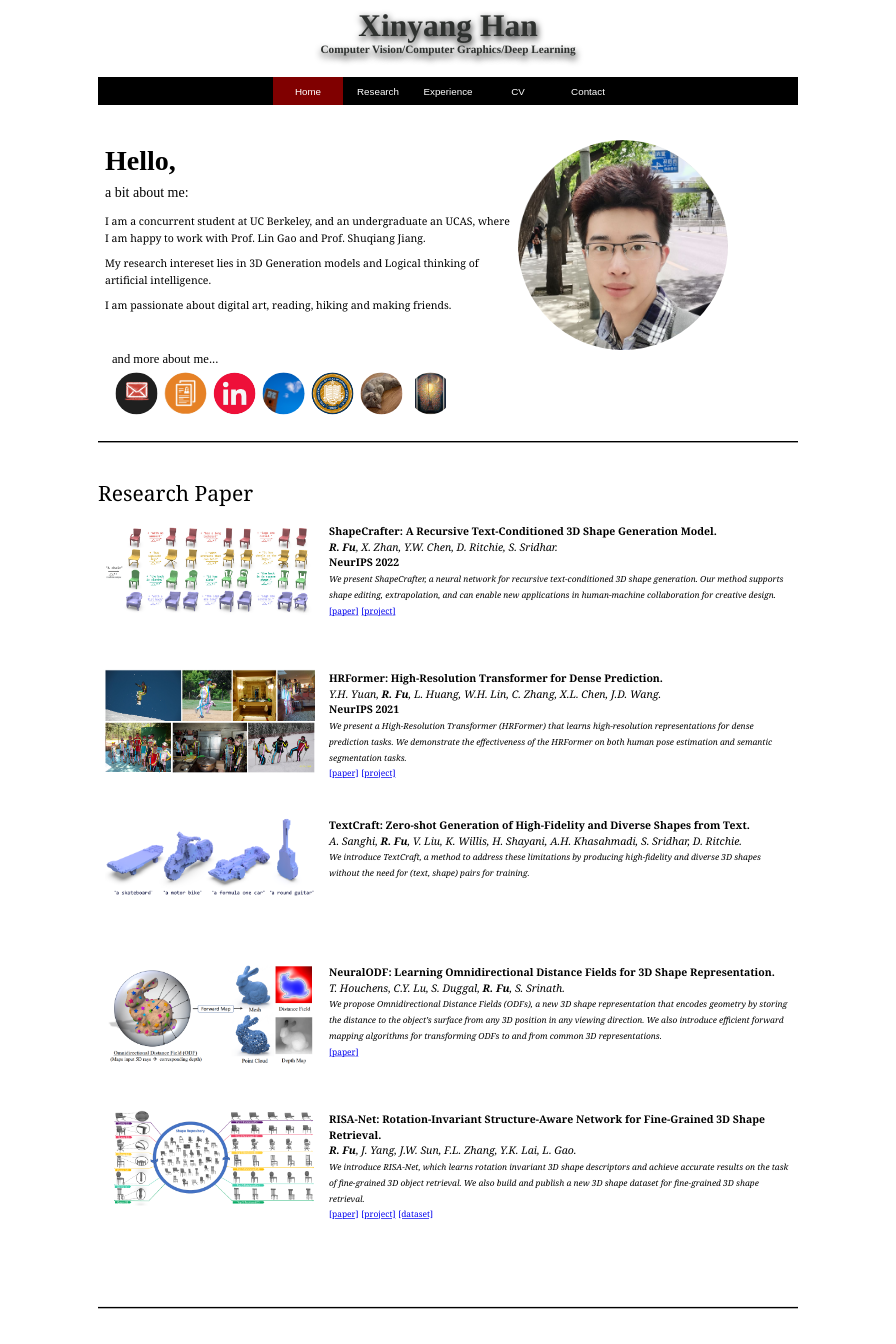
Repository: XinyangHan/XinyangHan.github.io
Page: index.html
The author's editor kept a copy of each file at every save. The page is drawn from the files as they stood at one save, then again after the next save.
The browser window is 1280 px wide. The pictures show the part of the page from y = 0 to 1920 px (the page is 4103 px tall), at 70% of full size.

Above is the page before, as saved 2023-02-11 14:07:53.
Console error (its wording comes from the project's code and is left out).

After the next save:
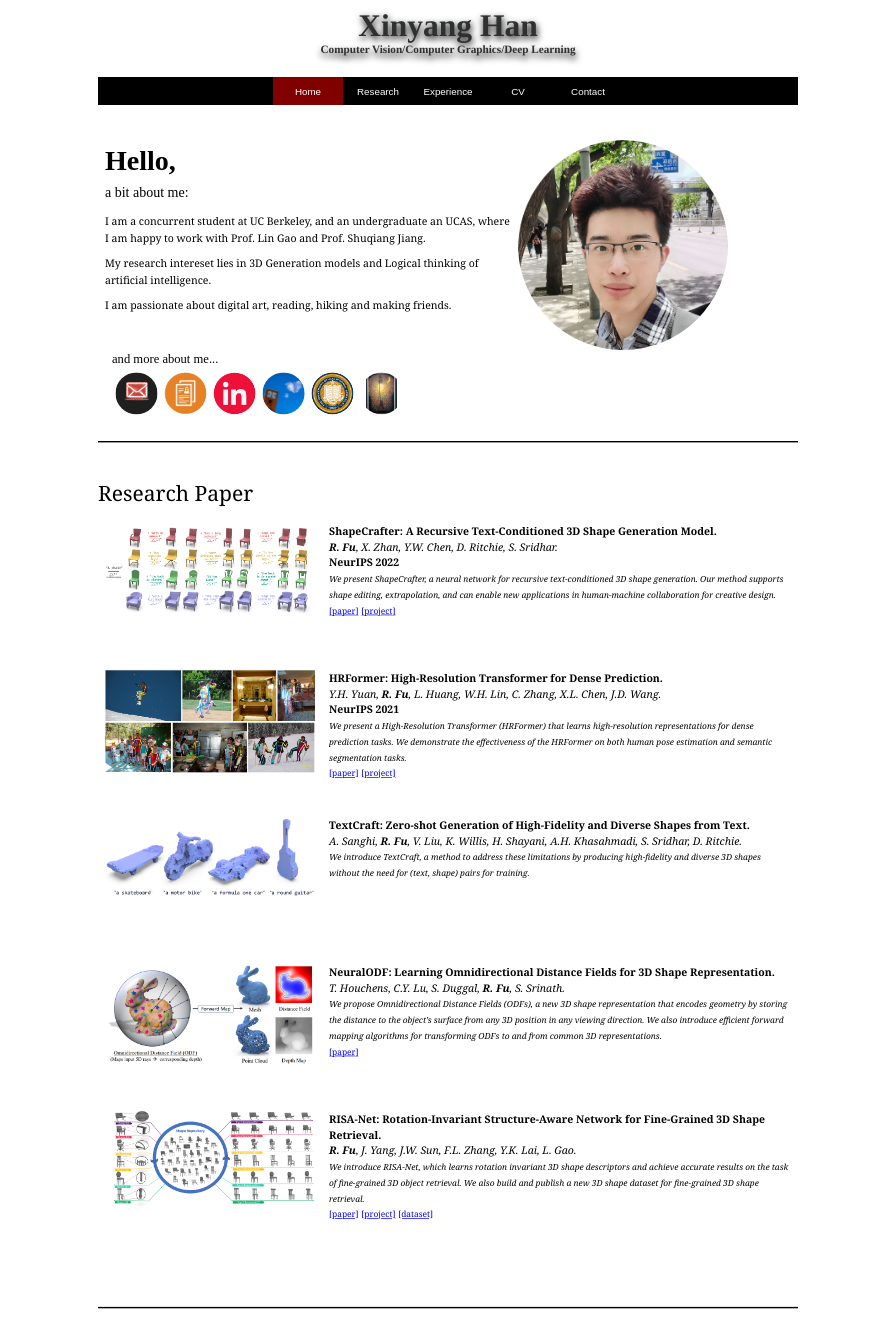
Saved 17 s later.
--- a/index.html
+++ b/index.html
@@ -154,13 +154,13 @@
 				</div>
 			</div> <!-- .thumbnail -->
 
-			<div class="thumbnail">
+			<!--<div class="thumbnail">
 				<img src="img/cat_icon.jpg" id="button6" alt="cat_button">
 				<div class="overlay" onclick="window.location.href = 'https://instagram.com/inocchi_mew?r=nametag';" >
 					<p>My Cat<br>Inocchi
 					</p>
 				</div>
-			</div> <!-- .thumbnail -->
+			</div>  .thumbnail -->
 
 			<div class="thumbnail">
 				<img src="img/art_icon.jpg" id="button6" alt="art_button">
